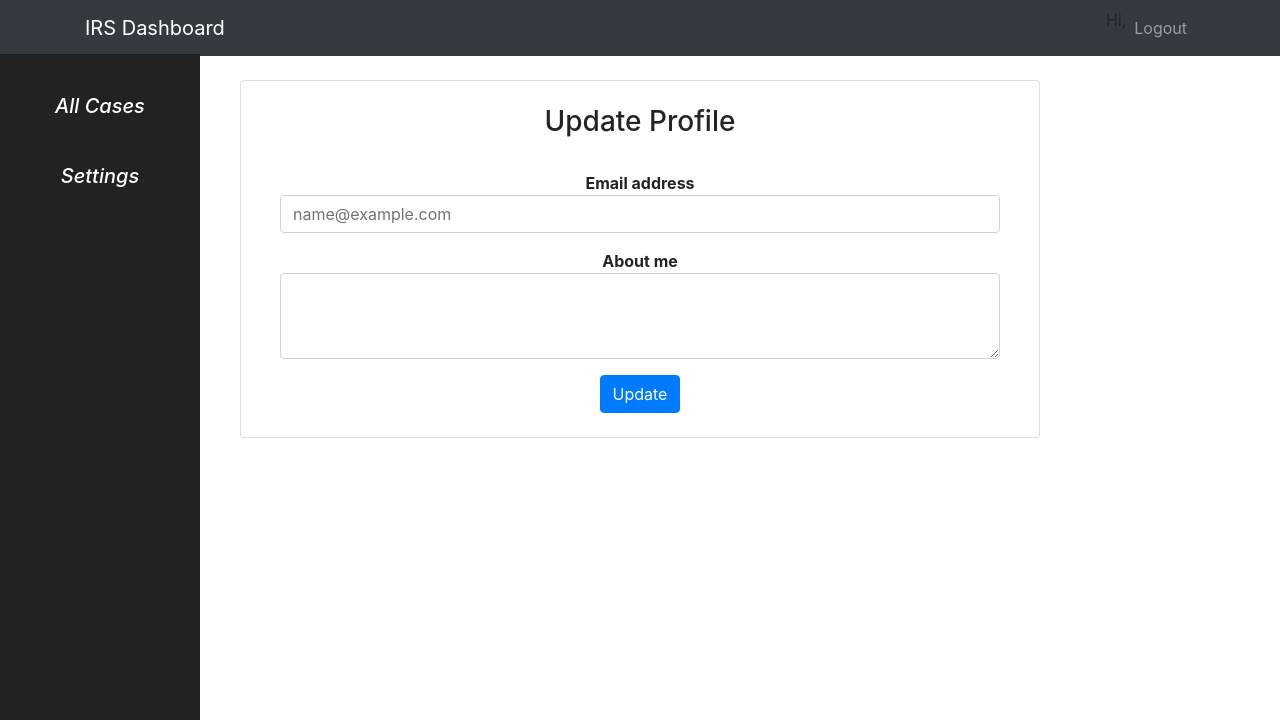
Repository: greeshmavyas/IRS_CS
Page: /settings (app in AgentManagement/Frontend/)
These files come from the project's save history. The page is drawn as it stood at one moment and after the next save; the edit follows.
The browser window is 1280 px wide. The pictures show the whole page.
Some web libraries are served in a nearby version. The project was rebuilt for these pictures with package versions that can differ from the ones it lists, and the page was loaded fresh each time. Also part of the build but not shown: AgentManagement/Frontend/src/components/NavbarLogin.js, AgentManagement/Frontend/src/config/settings.js, AgentManagement/Frontend/src/components/login.js, AgentManagement/Frontend/src/components/Dashboard.js, AgentManagement/frontend/src/App.css.

Above is the page before, as saved 2020-10-26 20:50:47.

After the next save:
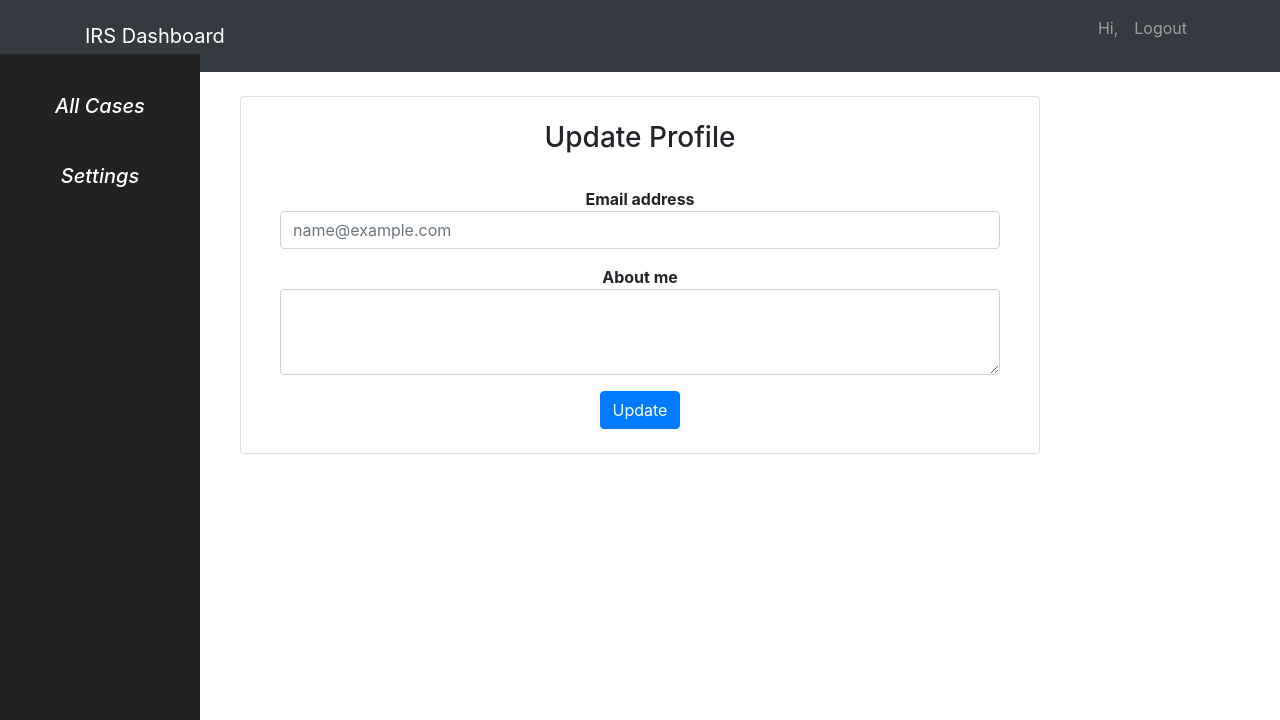
Saved 18 s later.
--- a/AgentManagement/Frontend/src/components/NavbarDash.js
+++ b/AgentManagement/Frontend/src/components/NavbarDash.js
@@ -26,7 +26,7 @@ class NavbarDash extends Component {
 
             <ul className="navbar-nav ml-auto">
               <li className="nav-item">
-                <p >
+                <p className="nav-link" >
                   Hi, {localStorage.getItem("firstname")}
                 </p>
               </li>
